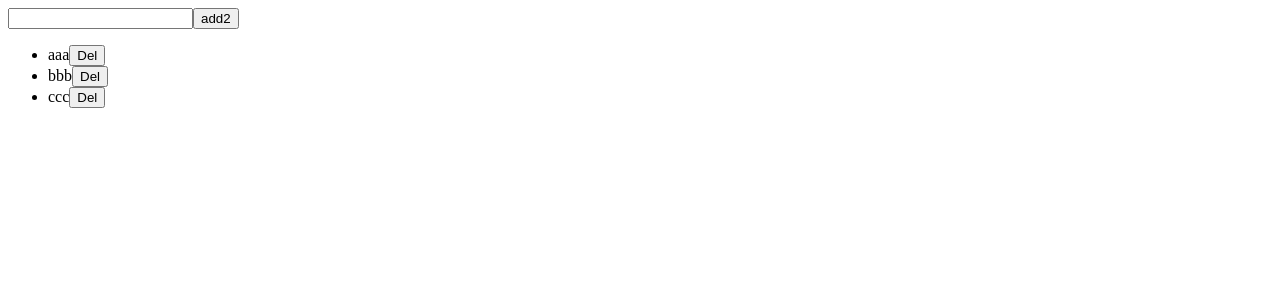
Repository: zenghao518518/React
Page: /
The author's editor kept a copy of each file at every save. The page is drawn from the files as they stood at one save, then again after the next save.
The browser window is 1280 px wide. The pictures show the whole page.
The project was rebuilt for these pictures with package versions that can differ from the ones it lists, and the page was loaded fresh each time.

Above is the page before, as saved 2023-07-17 17:29:29.

### src/index.js
import React from 'react';
//import ReactDOM from 'react-dom';
import ReactDOM from 'react-dom/client'
//import './01-base/01-class组件'
//ReactDOM.render(<div>111111</div>,document.getElementById('root'))                    //);
//import App from './01-base/01-class组件'
//import App from './01-base/02-函数式组件'
//import App from './01-base/03-组件的嵌套'
//import App from './01-base/04-组件的样式'
//import App from './01-base/05-事件绑定-1'
//import App from './01-base/06-事件绑定-2'
//import App from './01-base/07-ref'
//import App from './01-base/08-state'
//import App from './01-base/09-数组渲染'
import App from './01-base/10-todolist'
//import App from './01-base/19-非受控'
//import App from './01-base/20-受控'
let root = ReactDOM.createRoot(document.getElementById('root'));
//root.render(<div>111111</div>);
root.render(<React.StrictMode><App></App></React.StrictMode>);

### src/01-base/10-todolist.js
import React, { Component } from "react";
import "./css/01-index.css"
export default class App extends Component {
  a = 100;
  myref = React.createRef();
  state ={
        //  list:["aa","bb","cc"]
        list:[{
            id:1,
            mytest:"aaa"
        },
        {
            id:2,
            mytest:"bbb"
        },
        {
            id:3,
            mytest:"ccc"
        }
    ]
  }
  render() {
    return <div>

         <input ref={this.myref}></input>
         <button onClick={this.handleClick2}>add2</button>
         <ul>
             {
                this.state.list.map((item,index)=>
                    <li key={item.id}>{item.mytest}
                        {/* <button onClick={this.handleDelClick.bind(this,index)}>Del</button> */}
                        <button onClick={()=>this.handleDelClick(index)}>Del</button>
                    </li>
                    )
             }
         </ul>
         {this.state.list.length===0? <div>暂无代办事项</div>:null}
         {this.state.list.length===0 && <div>暂无代办事项</div>}
    </div>;
  }
  handleClick2=()=>{
    console.log("click2",this.myref.current.value) //这里的this为代理对象undefined
    let newlist = [...this.state.list];
    newlist.push({
        id:Math.random()*1000000,
        mytest:this.myref.current.value});
    this.setState({
        list:newlist
    })

    this.myref.current.value=""

  }

  handleDelClick=(index)=>{
    console.log("del-click",index)
    let newlist =[...this.state.list];//this.state.list.slice();//concat()
    newlist.splice(index,1)
    this.setState({
      list:newlist
  })
  }
}

### src/01-base/css/01-index.css
.active{
    background-color:blue;
    font-size:"30px"
}
#myappp{
    background-color:green;
    font-size:"30px"
}

.hidden{
    display: none;
}

Loaded but not shown: public/index.html (common file)

After the next save:
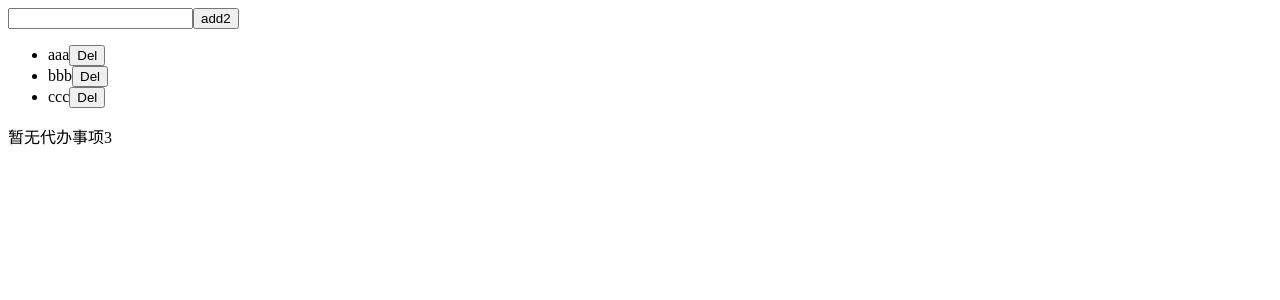
Saved 103 s later.
--- a/src/01-base/10-todolist.js
+++ b/src/01-base/10-todolist.js
@@ -34,8 +34,9 @@
                     )
              }
          </ul>
-         {this.state.list.length===0? <div>暂无代办事项</div>:null}
-         {this.state.list.length===0 && <div>暂无代办事项</div>}
+         {this.state.list.length===0? <div>暂无代办事项1</div>:null}
+         {this.state.list.length===0 && <div>暂无代办事项2</div>}
+         <div className="this.state.list.length===0?hidden:null">暂无代办事项3</div>
     </div>;
   }
   handleClick2=()=>{

After the 4 saves that followed:
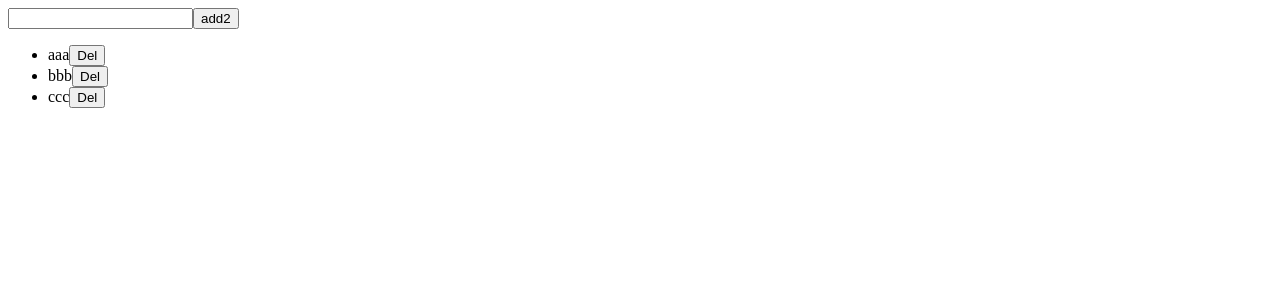
The 4 saves are shown as one change because 3 left the picture as it was.
The last was saved 5 min 12 s later.
--- a/src/01-base/10-todolist.js
+++ b/src/01-base/10-todolist.js
@@ -36,7 +36,7 @@
          </ul>
          {this.state.list.length===0? <div>暂无代办事项1</div>:null}
          {this.state.list.length===0 && <div>暂无代办事项2</div>}
-         <div className="this.state.list.length===0?hidden:null">暂无代办事项3</div>
+         <div className={this.state.list.length===0?'':'hidden'}>暂无代办事项3</div>
     </div>;
   }
   handleClick2=()=>{
